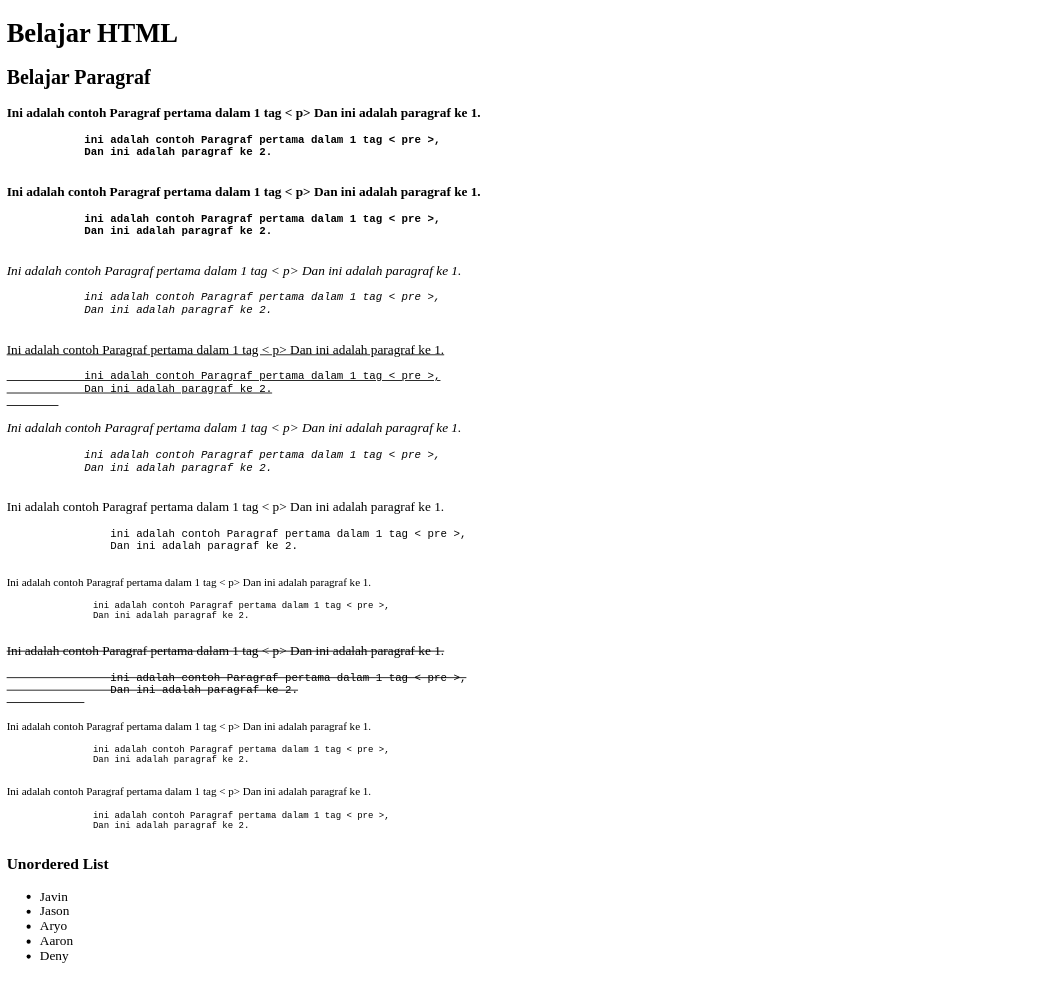
Repository: Gibekkk/WebPro
Page: Tugas HTML 1/index.html
The author's editor kept a copy of each file at every save. The page is drawn from the files as they stood at one save, then again after a run of saves.
The browser window is 1280 px wide. The pictures show the whole page, at 83% of full size.

Above is the page before, as saved 2024-03-25 10:00:01.

After the next 2 saves:
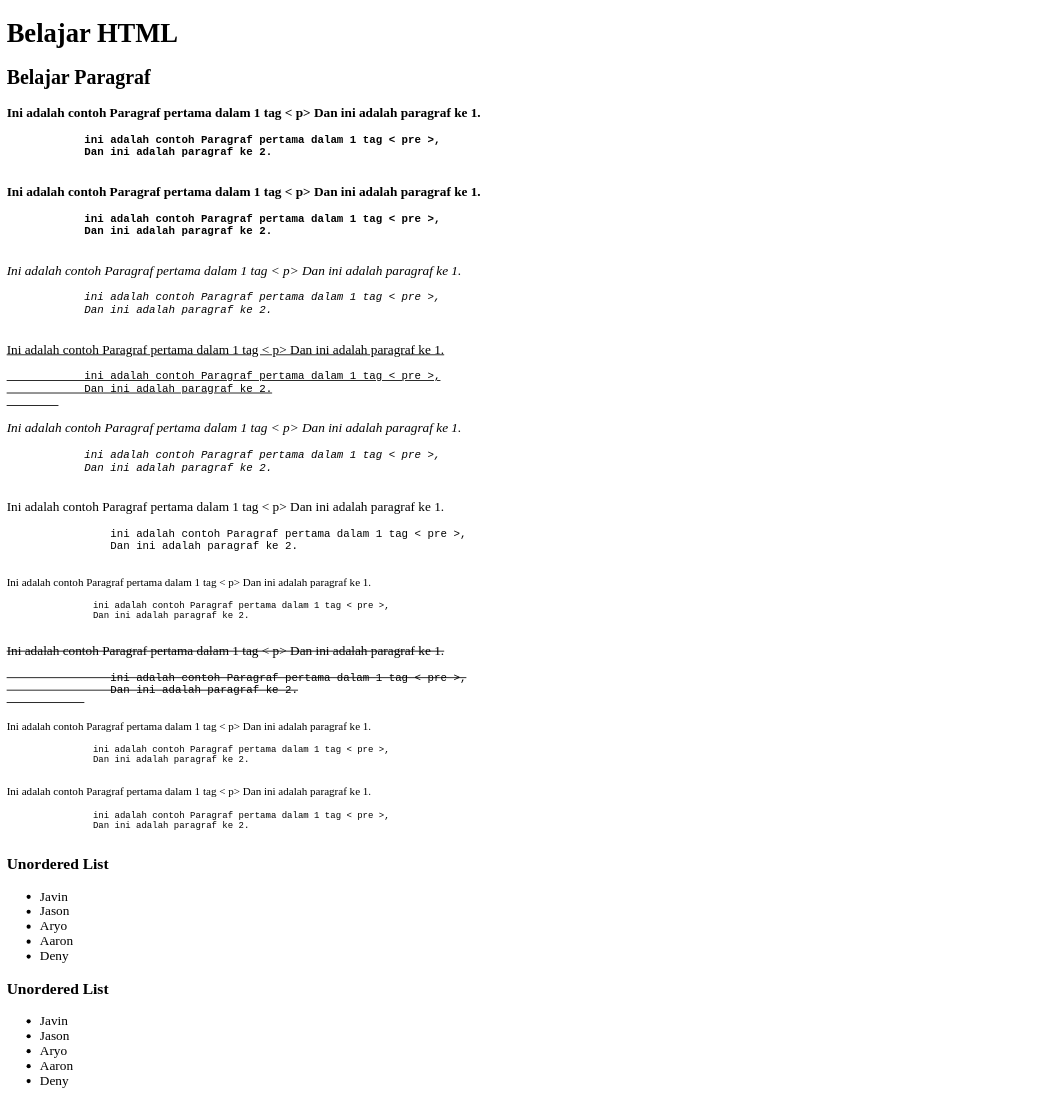
The 2 saves are shown as one change because they came seconds apart.
The last was saved 7 s later.
--- a/Tugas HTML 1/index.html
+++ b/Tugas HTML 1/index.html
@@ -99,6 +99,15 @@
         <li>Aaron</li>
         <li>Deny</li>
     </ul>
+
+    <h3>Unordered List</h3>
+    <ul>
+        <li>Javin</li>
+        <li>Jason</li>
+        <li>Aryo</li>
+        <li>Aaron</li>
+        <li>Deny</li>
+    </ul>
 </body>
 
 </html>
